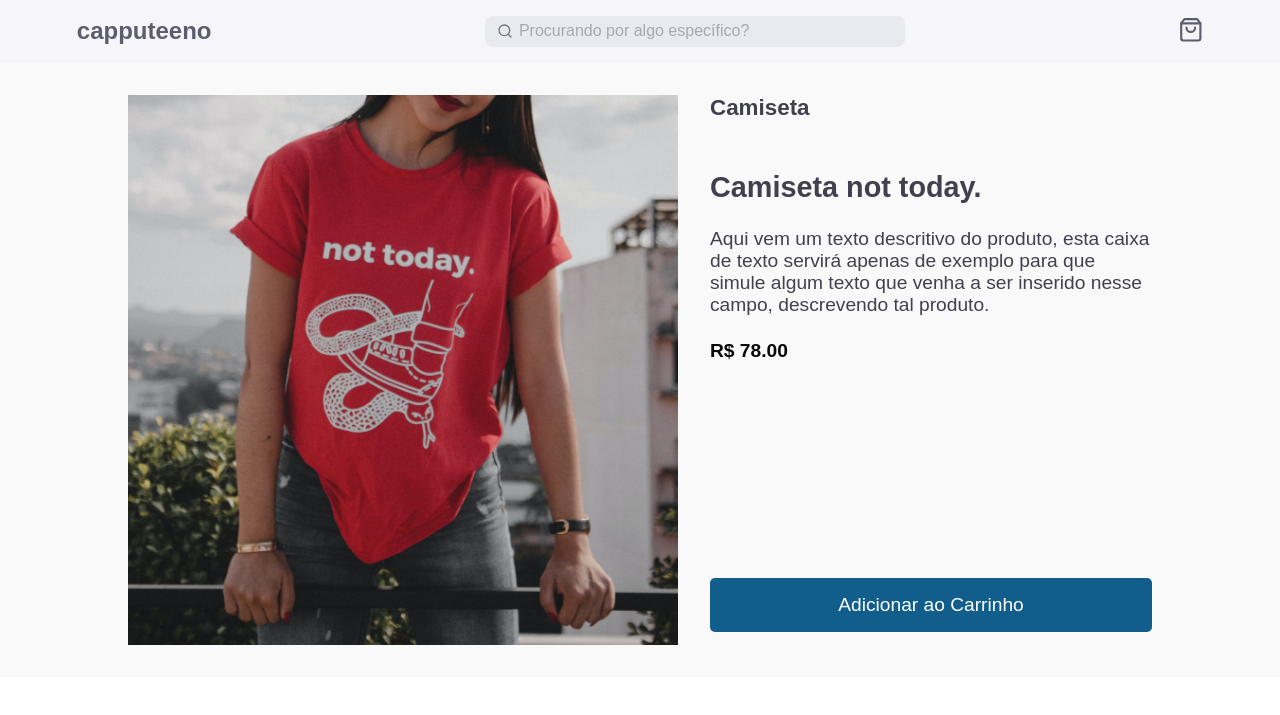
Repository: Biel-barbosa/capputeenoecomerce
Page: /product/1
An editor plug-in stored every save of this project. The page is shown before and after the next save, followed by the edit.
The browser window is 1280 px wide. The pictures show the whole page.
The project was rebuilt for these pictures with package versions that can differ from the ones it lists, and the page was loaded fresh each time. The framework's server and built-in components were replaced by stand-ins that run in the browser. Also part of the build but not shown: next.config.ts.

Above is the page before, as saved 2025-04-25 14:51:12.

### src/app/layout.tsx
import type { Metadata } from "next";
import { Geist, Geist_Mono } from "next/font/google";
import "./globals.css";
import { CartProvider } from "../contexts/CartContexts"; // Adicione a importação do CartProvider

const geistSans = Geist({
  variable: "--font-geist-sans",
  subsets: ["latin"],
});

const geistMono = Geist_Mono({
  variable: "--font-geist-mono",
  subsets: ["latin"],
});

export const metadata: Metadata = {
  title: "Create Next App",
  description: "Generated by create next app",
};

export default function RootLayout({
  children,
}: Readonly<{
  children: React.ReactNode;
}>) {
  return (
    <html lang="en">
      <body className={`${geistSans.variable} ${geistMono.variable}`}>

        <CartProvider>
          {children}
        </CartProvider>
      </body>
    </html>
  );
}

### src/app/product/[id]/page.tsx
'use client';

import { useEffect, useState } from 'react';
import { useParams } from 'next/navigation';
import { useCart } from '@/contexts/CartContexts';
import styled from 'styled-components';
import Header from '@/components/Header';
import { Product } from '@/data/products';  // Importando o tipo Product

const ProductPageContainer = styled.div`
  display: flex;
  padding: 2rem;
  background-color: #f9f9f9;
  justify-content: center;
  flex-direction: column; /* Para telas pequenas */

  /* Maior espaçamento nas laterais em telas maiores */
  @media (min-width: 1024px) {
    padding: 2rem 8rem; /* Mais espaçamento nas laterais */
  }
`;

const ProductDetails = styled.div`
  display: grid;
  grid-template-columns: 1fr 1fr; /* Duas colunas */
  gap: 2rem;
  max-width: 1200px;
  width: 100%;

  /* Ajuste para telas pequenas */
  @media (max-width: 768px) {
    grid-template-columns: 1fr; /* Uma coluna */
    gap: 1rem;
  }
`;

const ProductImage = styled.img`
  width: 550px; /* Diminuindo o tamanho da imagem */
  height: 550px;
  object-fit: cover; /* Garantindo que a imagem seja ajustada corretamente */

  /* Ajuste para telas pequenas */
  @media (max-width: 768px) {
    width: 100%; /* Imagem ocupa toda a largura */
    height: auto; /* Altura automática */
  }
`;

const ProductInfo = styled.div`
  font-size: 1.2rem;
  display: flex;
  flex-direction: column;
  gap: 1.5rem;
  color: #41414D;

  /* Ajuste de tamanho de fonte para telas menores */
  @media (max-width: 768px) {
    font-size: 1rem; /* Diminui o tamanho da fonte */
  }
`;

const ProductPrice = styled.div`
  font-weight: bold;
  color: #09090A;
`;

const AddToCartButton = styled.button`
  background-color: #115d8c;
  color: white;
  padding: 1rem;
  border: none;
  border-radius: 5px;
  cursor: pointer;
  font-size: 1.2rem;
  margin-top: 12rem;

  /* Ajuste para telas pequenas */
  @media (max-width: 768px) {
    margin-top: 2rem; /* Reduzindo o espaçamento na tela pequena */
    font-size: 1rem; /* Reduzindo o tamanho da fonte */
  }
`;

const CategoryLabel = styled.div`
  font-size: 1.4rem;
  font-weight: bold;
  color: #41414D;
  margin-bottom: 1rem;
  padding-bottom: 10px;

  /* Ajuste de tamanho da categoria para telas menores */
  @media (max-width: 768px) {
    font-size: 1.2rem;
  }
`;

const ProductPage = () => {
  const params = useParams();
  const id = typeof params?.id === 'string' ? params.id : '';

  const { addToCart } = useCart();
  const [product, setProduct] = useState<Product | null>(null);

  useEffect(() => {
    const fetchProduct = async (productId: string) => {
      try {
        const response = await fetch(`/api/products/${productId}`);
        const data: Product = await response.json();
        setProduct(data);
        console.log('Produto carregado:', data);
      } catch (error) {
        console.error('Erro ao buscar produto:', error);
      }
    };

    if (id) fetchProduct(id);
  }, [id]);

  if (!product) return <div>Carregando...</div>;

  const validPrice = !isNaN(product.price) ? product.price : 0;

  const handleAddToCart = () => {
    if (validPrice > 0) {
      addToCart(product);
    }
  };

  const categoryLabel = product.category.toLowerCase() === 't-shirts'
    ? 'Camiseta'
    : product.category.toLowerCase() === 'mugs'
      ? 'Caneca'
      : '';

  return (
    <>
      <Header />
      <ProductPageContainer>
        <ProductDetails>
          <ProductImage src={product.image} alt={product.title} />
          <ProductInfo>
            {categoryLabel && <CategoryLabel>{categoryLabel}</CategoryLabel>}
            <h2>{product.title}</h2>
            <p>{product.description}</p>
            <ProductPrice>R$ {validPrice.toFixed(2)}</ProductPrice>
            <AddToCartButton onClick={handleAddToCart}>
              Adicionar ao Carrinho
            </AddToCartButton>
          </ProductInfo>
        </ProductDetails>
      </ProductPageContainer>
    </>
  );
};

export default ProductPage;

### src/app/api/products/[id]/route.ts
import { NextResponse } from 'next/server';
import { getProductById } from '@/data/products';

export async function GET(
    request: Request,
    context: { params: { id: string } }
) {
    const { id } = await context.params; // <- é ESSENCIAL usar await aqui

    const product = getProductById(id);

    if (!product) {
        return NextResponse.json(
            { message: 'Produto não encontrado' },
            { status: 404 }
        );
    }

    return NextResponse.json(product);
}

### src/pages/api/products/[id].ts
import { NextApiRequest, NextApiResponse } from 'next';
import { products } from '@/data/products';

export default function handler(req: NextApiRequest, res: NextApiResponse) {
  const {
    query: { id },
  } = req;

  const product = products.find((p) => p.id === id);

  if (!product) {
    return res.status(404).json({ error: 'Produto não encontrado' });
  }

  // Converter a data para string ISO
  const productWithDate = {
    ...product,
    createdAt: product.createdAt instanceof Date ? product.createdAt.toISOString() : product.createdAt,
  };

  res.status(200).json(productWithDate);
}

### src/pages/api/products/[productId].ts
import { NextApiRequest, NextApiResponse } from 'next';
import { products } from '@/data/products';

export default function handler(req: NextApiRequest, res: NextApiResponse) {
  const {
    query: { id },
  } = req;

  const product = products.find((p) => p.id === id);

  if (!product) {
    return res.status(404).json({ error: 'Produto não encontrado' });
  }

  // Converter a data para string ISO
  const productWithDate = {
    ...product,
    createdAt: product.createdAt instanceof Date ? product.createdAt.toISOString() : product.createdAt,
  };

  res.status(200).json(productWithDate);
}

### src/contexts/CartContexts.tsx
'use client';

import React, {
    createContext,
    useContext,
    useState,
    useEffect,
    ReactNode,
} from 'react';
import { Product } from '@/data/products';

export type CartItem = Product & { quantity: number };

export type CartContextType = {
    cart: CartItem[];
    addToCart: (product: Product) => void;
    removeFromCart: (id: string) => void;
    updateCart: (items: CartItem[]) => void;
    cartItemCount: number;
};

export const CartContext = createContext<CartContextType | undefined>(undefined);

export const CartProvider = ({ children }: { children: ReactNode }) => {
    const [cart, setCart] = useState<CartItem[]>([]);

    useEffect(() => {
        const stored = localStorage.getItem('cart');
        if (stored) {
            setCart(JSON.parse(stored));
        }
    }, []);

    const saveCart = (items: CartItem[]) => {
        setCart(items);
        localStorage.setItem('cart', JSON.stringify(items));
    };

    const addToCart = (product: Product) => {
        const existing = cart.find(item => item.id === product.id);

        let updatedCart: CartItem[];

        if (existing) {
            updatedCart = cart.map(item =>
                item.id === product.id
                    ? { ...item, quantity: item.quantity + 1 }
                    : item
            );
        } else {
            updatedCart = [...cart, { ...product, quantity: 1 }];
        }

        saveCart(updatedCart);
    };

    const removeFromCart = (id: string) => {
        const updatedCart = cart.filter(item => item.id !== id);
        saveCart(updatedCart);
    };

    const updateCart = (items: CartItem[]) => {
        saveCart(items);
    };

    const cartItemCount = cart.reduce((total, item) => total + item.quantity, 0);

    return (
        <CartContext.Provider
            value={{ cart, addToCart, removeFromCart, updateCart, cartItemCount }}
        >
            {children}
        </CartContext.Provider>
    );
};

export const useCart = () => {
    const context = useContext(CartContext);
    if (!context) {
        throw new Error('useCart must be used within a CartProvider');
    }
    return context;
};

### src/components/Header.tsx
'use client';

import styled from 'styled-components';
import { FiShoppingBag, FiSearch } from 'react-icons/fi';
import Link from 'next/link';
import { useCart } from '@/contexts/CartContexts';

type HeaderProps = {
  onSearch?: (value: string) => void;
};

const HeaderContainer = styled.header`
  width: 100%;
  padding: 1rem 6vw;
  background-color: #f5f5fa;
  box-sizing: border-box;
  overflow-x: hidden;
`;

const HeaderContent = styled.div`
  width: 100%;
  max-width: 1140px;
  margin: 0 auto;
  display: flex;
  align-items: center;
  justify-content: space-between;
  gap: 1rem;
  flex-wrap: nowrap;

  @media (max-width: 768px) {
    gap: 0.5rem;
  }
`;

const Logo = styled.h1`
  font-size: 1.5rem;
  font-weight: 600;
  color: #5d5d6d;
  white-space: nowrap;

  @media (max-width: 768px) {
    font-size: 1.2rem;
  }
`;

const SearchWrapper = styled.div`
  flex: 1;
  max-width: 420px;
  display: flex;
  align-items: center;
  background: #e9e9f0;
  padding: 0.4rem 0.75rem;
  border-radius: 8px;

  svg {
    font-size: 1rem;
    color: #737380;
    margin-right: 0.4rem;
  }

  @media (max-width: 768px) {
    max-width: 180px;
    flex-shrink: 1;
  }
`;

const SearchInput = styled.input`
  border: none;
  background: transparent;
  flex: 1;
  font-size: 1rem;
  color: #737380;

  &::placeholder {
    color: #a8a8b3;
  }

  &:focus {
    outline: none;
  }

  @media (max-width: 768px) {
    font-size: 0.9rem;

    &::placeholder {
      color: transparent;
    }
  }
`;

const CartButton = styled.button`
  position: relative;
  background: none;
  border: none;
  cursor: pointer;

  svg {
    font-size: 1.6rem;
    color: #5d5d6d;
  }

  @media (max-width: 768px) {
    svg {
      font-size: 1.4rem;
    }
  }
`;

const CartCount = styled.span`
  position: absolute;
  top: -8px;
  right: -8px;
  background-color: #de3838;
  color: white;
  border-radius: 50%;
  font-size: 0.75rem;
  padding: 0.25rem 0.5rem;
  line-height: 1;
`;

const Header = ({ onSearch }: HeaderProps) => {
  const { cartItemCount } = useCart();

  return (
    <HeaderContainer>
      <HeaderContent>
        <Link href="/" passHref>
          <Logo>capputeeno</Logo>
        </Link>

        <SearchWrapper>
          <FiSearch />
          <SearchInput
            type="text"
            placeholder="Procurando por algo específico?"
            onChange={(e) => onSearch?.(e.target.value)}
          />
        </SearchWrapper>

        <Link href="/cart" passHref>
          <CartButton>
            <FiShoppingBag />
            {cartItemCount > 0 && <CartCount>{cartItemCount}</CartCount>}
          </CartButton>
        </Link>
      </HeaderContent>
    </HeaderContainer>
  );
};

export default Header;

### src/data/products.ts
export type Product = {
    id: string;
    title: string;
    image: string;
    price: number;
    category: 't-shirts' | 'mugs';
    description: string;
    createdAt: Date | string;  // Permitir que a data seja string também
    sales: number;
};

export const products: Product[] = [
    {
        id: '1',
        title: 'Camiseta not today.',
        image: '/images/Camiseta-not-today.jpg',
        price: 78.0,
        category: 't-shirts',
        description: 'Aqui vem um texto descritivo do produto, esta caixa de texto servirá apenas de exemplo para que simule algum texto que venha a ser inserido nesse campo, descrevendo tal produto.',
        createdAt: new Date('2024-03-01'),
        sales: 30,
    },
    {
        id: '2',
        title: 'Caneca rústica',
        image: '/images/Caneca-ceramica-rustica.jpg',
        price: 40.0,
        category: 'mugs',
        description: 'Aqui vem um texto descritivo do produto, esta caixa de texto servirá apenas de exemplo para que simule algum texto que venha a ser inserido nesse campo, descrevendo tal produto.',
        createdAt: new Date('2024-04-10'),
        sales: 80,
    },
    {
        id: '3',
        title: 'Camiseta Broken Saints',
        image: '/images/Camiseta-broken-saints.jpg',
        price: 58.0,
        category: 't-shirts',
        description: 'Aqui vem um texto descritivo do produto, esta caixa de texto servirá apenas de exemplo para que simule algum texto que venha a ser inserido nesse campo, descrevendo tal produto.',
        createdAt: new Date('2024-01-15'),
        sales: 45,
    },
    {
        id: '4',
        title: 'Caneca Black Ring',
        image: '/images/Caneca-Black-Ring.jpg',
        price: 32.0,
        category: 'mugs',
        description: 'Aqui vem um texto descritivo do produto, esta caixa de texto servirá apenas de exemplo para que simule algum texto que venha a ser inserido nesse campo, descrevendo tal produto.',
        createdAt: new Date('2024-02-20'),
        sales: 60,
    },
    {
        id: '5',
        title: 'Camiseta Outcast',
        image: '/images/Camiseta-outcast.jpg',
        price: 89.9,
        category: 't-shirts',
        description: 'Aqui vem um texto descritivo do produto, esta caixa de texto servirá apenas de exemplo para que simule algum texto que venha a ser inserido nesse campo, descrevendo tal produto.',
        createdAt: new Date('2024-04-05'),
        sales: 50,
    },
    {
        id: '6',
        title: 'Caneca The Grounds',
        image: '/images/Caneca-The-Grounds.jpg',
        price: 85.0,
        category: 'mugs',
        description: 'Aqui vem um texto descritivo do produto, esta caixa de texto servirá apenas de exemplo para que simule algum texto que venha a ser inserido nesse campo, descrevendo tal produto.',
        createdAt: new Date('2024-03-10'),
        sales: 75,
    },
    {
        id: '7',
        title: 'Camiseta evening',
        image: '/images/Camiseta-evening.jpg',
        price: 69.9,
        category: 't-shirts',
        description: 'Aqui vem um texto descritivo do produto, esta caixa de texto servirá apenas de exemplo para que simule algum texto que venha a ser inserido nesse campo, descrevendo tal produto.',
        createdAt: new Date('2024-03-11'),
        sales: 62,
    },
    {
        id: '8',
        title: 'Caneca preto fosco',
        image: '/images/Caneca-preto-fosco.jpg',
        price: 28.0,
        category: 'mugs',
        description: 'Aqui vem um texto descritivo do produto, esta caixa de texto servirá apenas de exemplo para que simule algum texto que venha a ser inserido nesse campo, descrevendo tal produto.',
        createdAt: new Date('2024-03-12'),
        sales: 58,
    },
    {
        id: '9',
        title: 'Caneca Never settle',
        image: '/images/Caneca-Never-settle.jpg',
        price: 43.0,
        category: 'mugs',
        description: 'Aqui vem um texto descritivo do produto, esta caixa de texto servirá apenas de exemplo para que simule algum texto que venha a ser inserido nesse campo, descrevendo tal produto.',
        createdAt: new Date('2024-03-13'),
        sales: 54,
    },
    {
        id: '10',
        title: 'Caneca Rocketseat',
        image: '/images/Caneca-Decaf!-P&Co.jpg',
        price: 59.9,
        category: 'mugs',
        description: 'Aqui vem um texto descritivo do produto, esta caixa de texto servirá apenas de exemplo para que simule algum texto que venha a ser inserido nesse campo, descrevendo tal produto.',
        createdAt: new Date('2024-03-14'),
        sales: 48,
    },
    {
        id: '11',
        title: 'Camiseta DREAMER',
        image: '/images/Camiseta-DREAMER.jpg',
        price: 55.0,
        category: 't-shirts',
        description: 'Aqui vem um texto descritivo do produto, esta caixa de texto servirá apenas de exemplo para que simule algum texto que venha a ser inserido nesse campo, descrevendo tal produto.',
        createdAt: new Date('2024-03-15'),
        sales: 52,
    },
    {
        id: '12',
        title: 'Caneca Decaf! P&Co',
        image: '/images/Caneca-Decaf!-P&Co.jpg',
        price: 32.0,
        category: 'mugs',
        description: 'Aqui vem um texto descritivo do produto, esta caixa de texto servirá apenas de exemplo para que simule algum texto que venha a ser inserido nesse campo, descrevendo tal produto.',
        createdAt: new Date('2024-03-16'),
        sales: 70,
    },
    {
        id: '13',
        title: 'Camiseta javaScript',
        image: '/images/Camiseta-not-today.jpg',
        price: 13.0,
        category: 't-shirts',
        description: 'Aqui vem um texto descritivo do produto, esta caixa de texto servirá apenas de exemplo para que simule algum texto que venha a ser inserido nesse campo, descrevendo tal produto.',
        createdAt: new Date('2024-03-16'),
        sales: 70,
    },
    {
        id: '14',
        title: 'Caneca phyton',
        image: '/images/Caneca-Black-Ring.jpg',
        price: 22.0,
        category: 'mugs',
        description: 'Aqui vem um texto descritivo do produto, esta caixa de texto servirá apenas de exemplo para que simule algum texto que venha a ser inserido nesse campo, descrevendo tal produto.',
        createdAt: new Date('2024-03-16'),
        sales: 70,
    },
];

export function getProductById(id: string) {
    return products.find((product) => product.id === id);
}

Loaded but not shown: src/app/globals.css (common file)

After the next save:
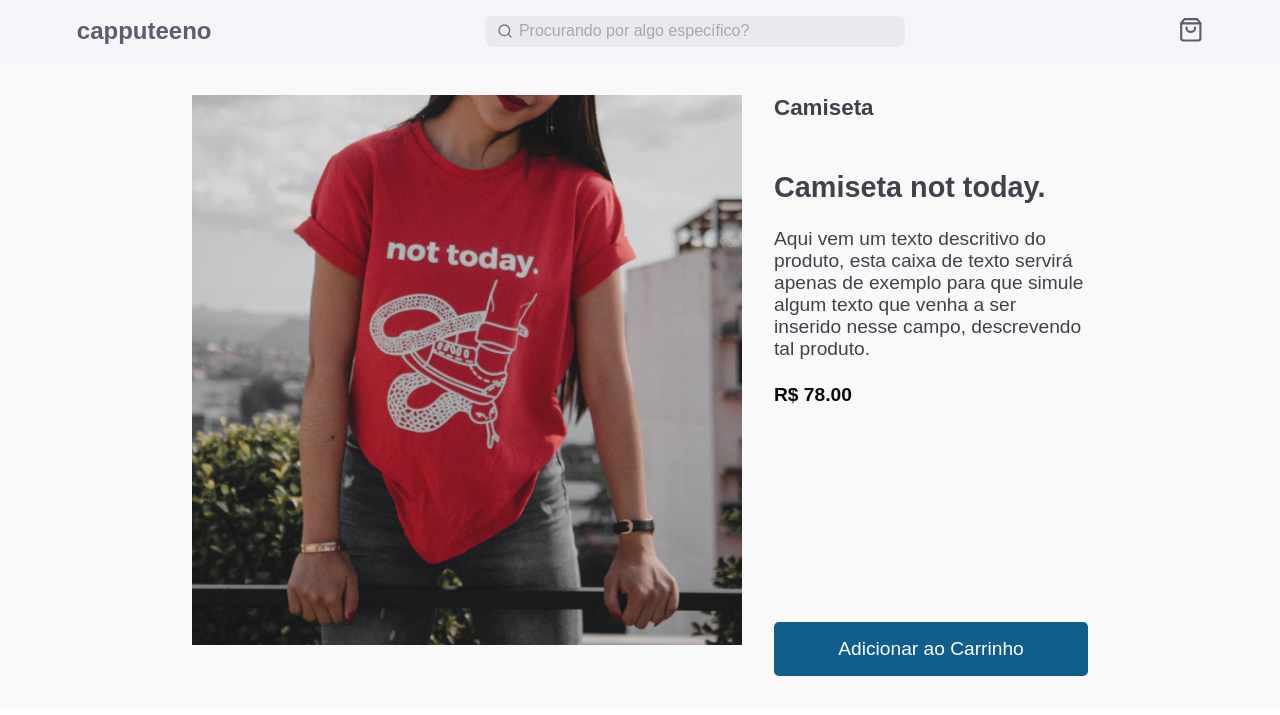
Saved 9 s later.
--- a/src/app/product/[id]/page.tsx
+++ b/src/app/product/[id]/page.tsx
@@ -16,7 +16,7 @@ const ProductPageContainer = styled.div`
 
   /* Maior espaçamento nas laterais em telas maiores */
   @media (min-width: 1024px) {
-    padding: 2rem 8rem; /* Mais espaçamento nas laterais */
+    padding: 2rem 12rem; /* Mais espaçamento nas laterais */
   }
 `;
 
